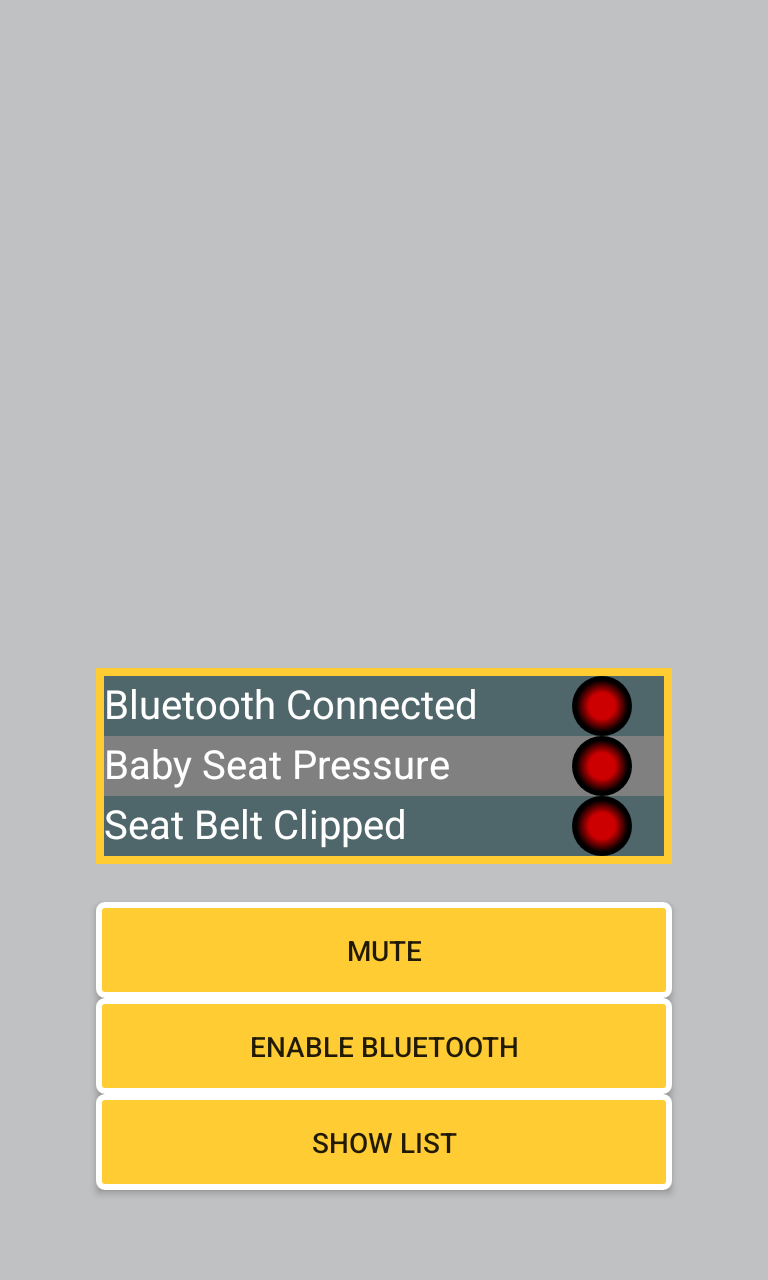
Repository: kqbright/Senior_Design2_Baby_Saver_Android_App
Layout: AppWorkspace/BabyCarTest/res/layout/activity_main.xml
These files come from the project's save history. The layout is drawn as it stood at one moment and after the next save; the edit follows.
It is drawn on a 768 x 1280 px phone screen (xhdpi) without system bars, with theme AppTheme; the app's code is not run.

Above is the layout before, as saved 2014-12-01 03:00:50.

After the next save:
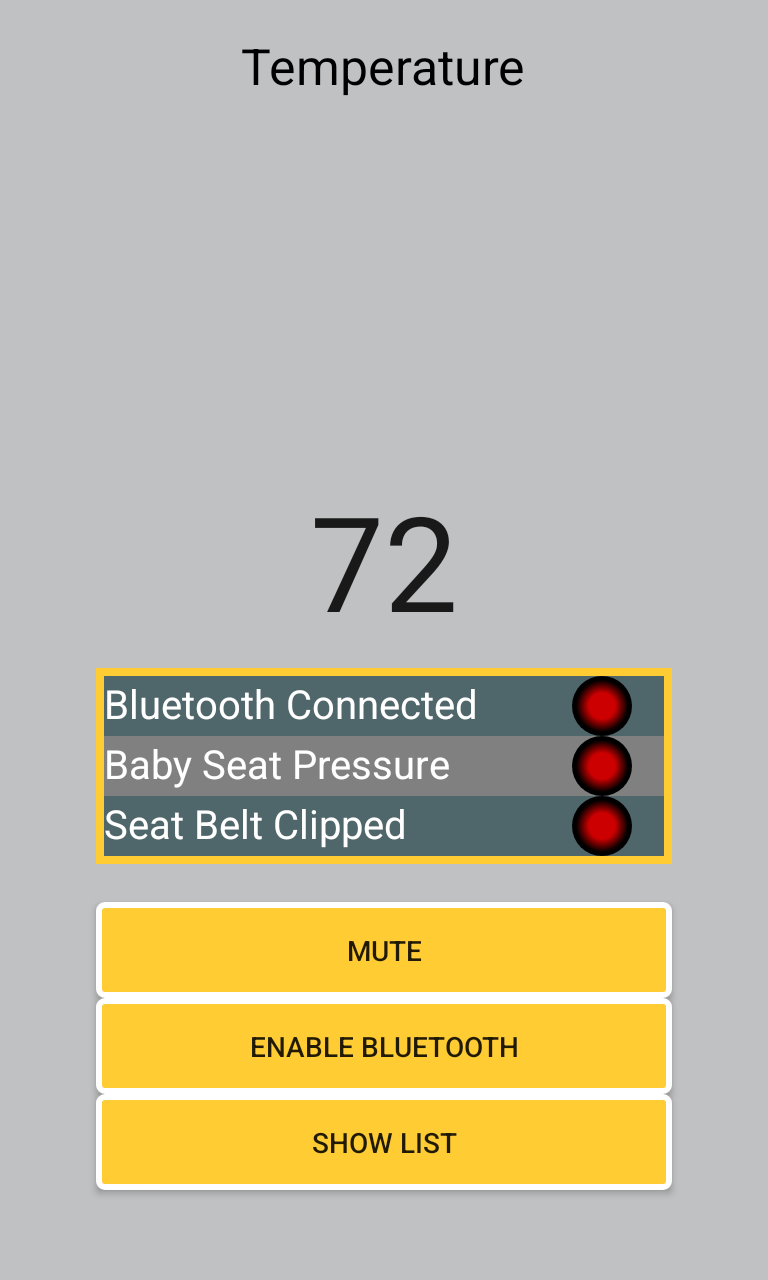
Saved 94 s later.
--- a/AppWorkspace/BabyCarTest/res/layout/activity_main.xml
+++ b/AppWorkspace/BabyCarTest/res/layout/activity_main.xml
@@ -99,6 +99,18 @@
         </TableRow>
     </TableLayout>
 
+    <TextView
+        android:id="@+id/textView2"
+        android:layout_width="wrap_content"
+        android:layout_height="wrap_content"
+        android:layout_above="@+id/imageView1"
+        android:layout_centerHorizontal="true"
+        android:layout_marginBottom="21dp"
+        android:text="@string/temp_lbl"
+        android:textAppearance="?android:attr/textAppearanceLarge"
+        android:textColor="@color/black"
+        android:textSize="25sp" />
+
     <Button
         android:id="@+id/button4"
         android:layout_width="wrap_content"
@@ -118,4 +130,15 @@
         android:background="@drawable/custom_button1"
         android:text="@string/button_text" />
 
+    <TextView
+        android:id="@+id/tempValue"
+        android:layout_width="wrap_content"
+        android:layout_height="wrap_content"
+        android:layout_above="@+id/tableLayout1"
+        android:layout_centerHorizontal="true"
+        android:layout_marginBottom="10dp"
+        android:text="@string/temp"
+        android:textAppearance="?android:attr/textAppearanceLarge"
+        android:textSize="66sp" />
+
 </RelativeLayout>
